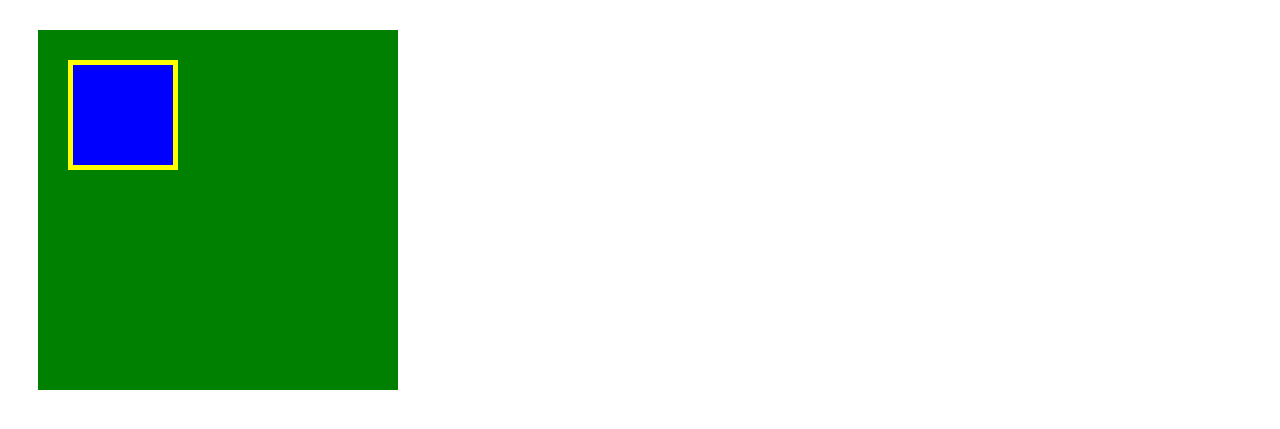
Repository: Y-takumi0/DMMwebcamp
Page: Box/box.html
The author's editor kept a record of every edit. The page is drawn from the files as they stood at one moment, then again after the next edit.
The browser window is 1280 px wide. The pictures show the whole page.

Above is the page before.

After the next edit:
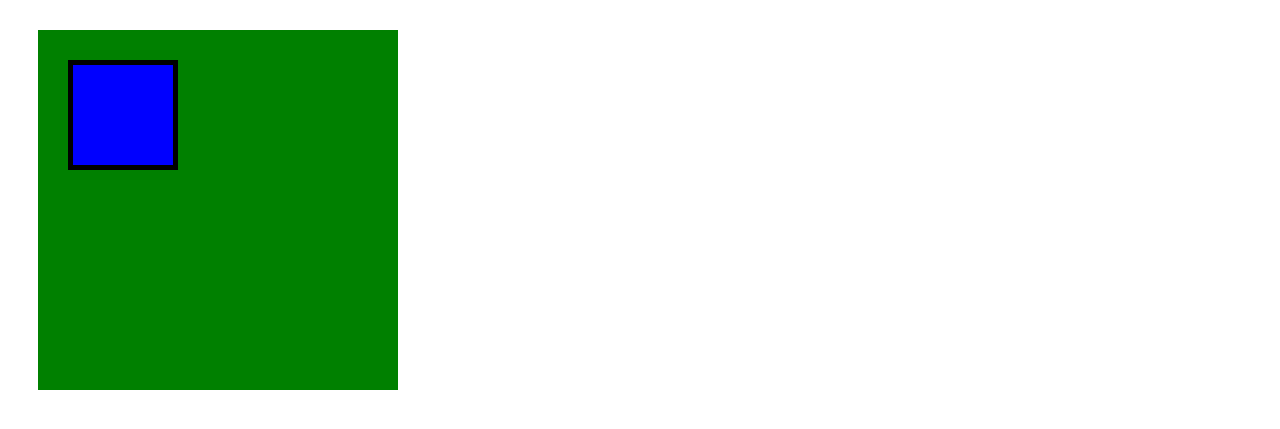
The edit:
--- a/Box/box.css
+++ b/Box/box.css
@@ -10,5 +10,5 @@
   width: 100px;
   height: 100px;
   background-color: blue;
-  border: 5px solid yellow;
+  border: 5px solid black;
 }
